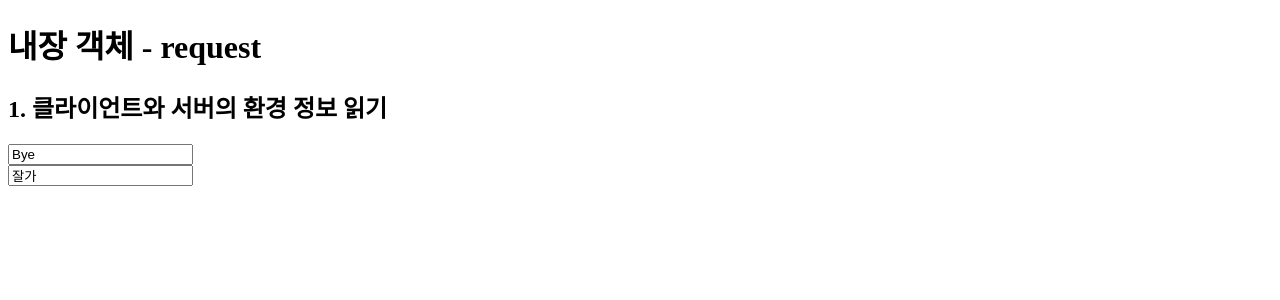
Repository: ahwaboin3/eclipse-workspace-jsp
Page: http://localhost/MustHaveJSP/RequestMain.jsp
The author's editor kept a copy of each file at every save. The page is drawn from the files as they stood at one save, then again after the next save.
The browser window is 1280 px wide. The pictures show the whole page.
The page is served by Tomcat 10. Other server files are loaded and not shown.

Above is the page before, as saved 2025-05-21 02:39:14.

### MustHaveJSP/src/main/webapp/RequestMain.jsp
<%@ page language="java" contentType="text/html; charset=UTF-8"
    pageEncoding="UTF-8"%>
<!DOCTYPE html>
<html>
<head>
<meta charset="UTF-8">
<title>내장 객체 - request</title>
<!-- request 객체
클라이언트(주로 웹 브라우저)가 전송한 요청 정보를 담고 있는 객체입니다.
주요 기능
- 클라이언트와 서버에 대한 정보 읽기
- 클라이언트가 전송한 요청 매개변수에 대한 정보 읽기
- 요청 헤더 및 쿠키 정보 읽기
-->
</head>
<body>
	<h1>내장 객체 - request</h1>
	<h2>1. 클라이언트와 서버의 환경 정보 읽기</h2>
	<form>
		<input type="text" name="eng" value="Bye"/>
		<br/>
		<input type="text" name="han" value="잘가"/>
	</form>
</body>
</html>

After the next save:
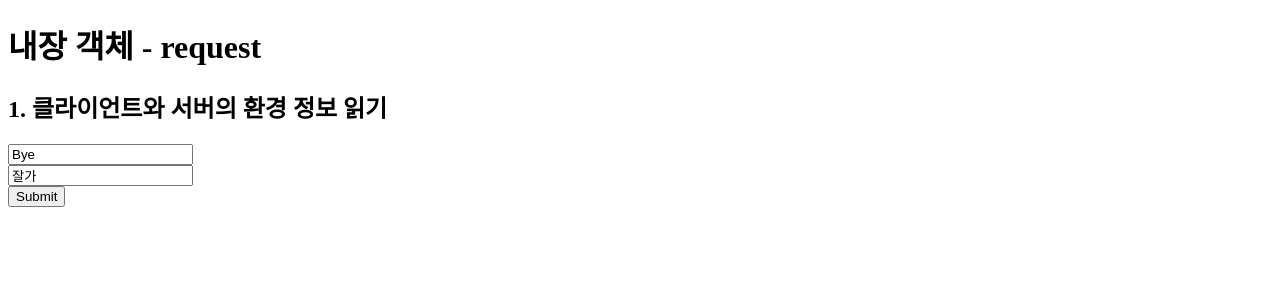
Saved 36 s later.
--- a/MustHaveJSP/src/main/webapp/RequestMain.jsp
+++ b/MustHaveJSP/src/main/webapp/RequestMain.jsp
@@ -20,6 +20,8 @@
 		<input type="text" name="eng" value="Bye"/>
 		<br/>
 		<input type="text" name="han" value="잘가"/>
+		<br/>
+		<input type="submit"/>
 	</form>
 </body>
 </html>
